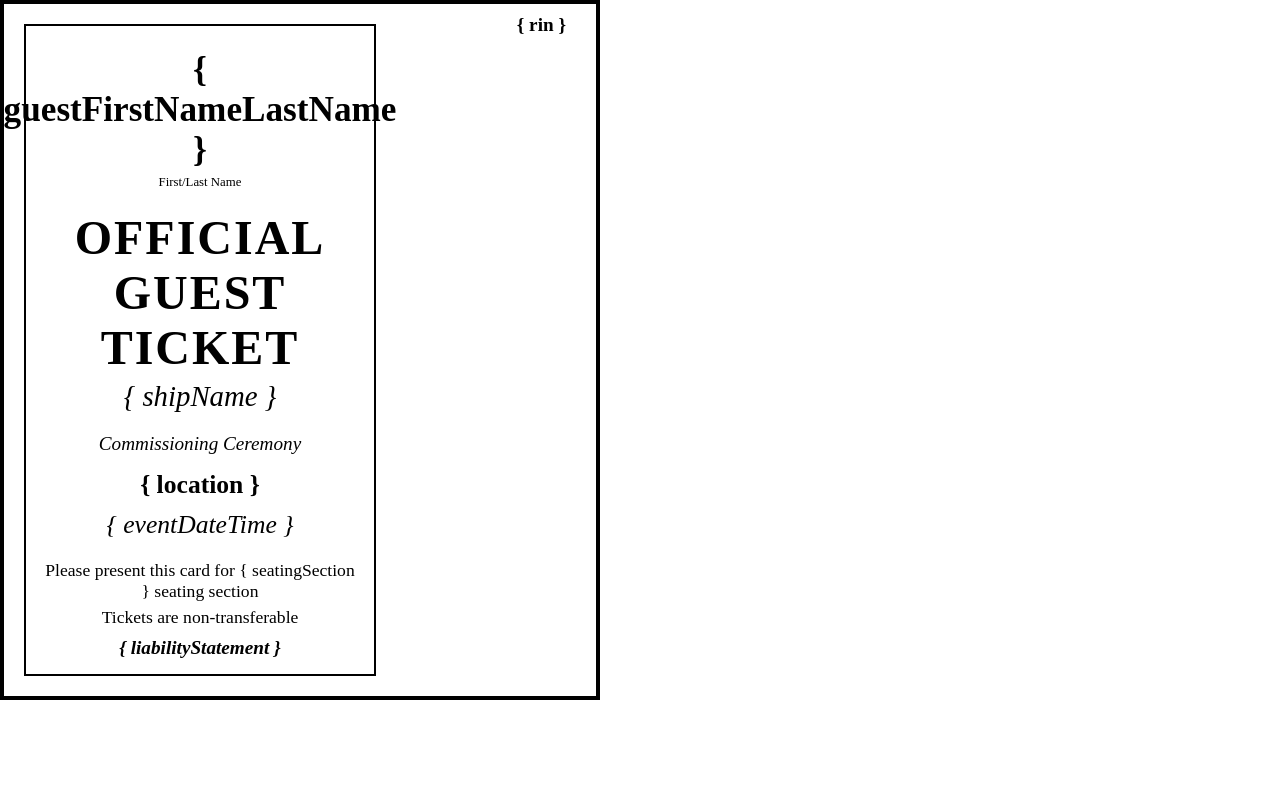
Repository: yaleevans/SabelWeasyPrintPDFLambda
Page: event_ticket_template.html
An editor plug-in stored every save of this project. The page is shown before and after the next save, followed by the edit.
The browser window is 1280 px wide. The pictures show the whole page.

Above is the page before, as saved 2025-10-17 10:56:37.

### event_ticket_template.html
<!DOCTYPE html>
<html>
<head>
    <title>Official Guest Ticket</title>
    <style>
        /* CRITICAL FIX 1: Set the PDF page size to PORTRAIT (400px wide x 700px tall) */
        @page {
            size: 600px 700px;
            margin: 0; /* Remove default page margins */
        }

        body {
            margin: 0;
            padding: 0;
            font-family: 'Times New Roman', Times, serif;
            background-color: white;
            /* Ensure body fills the @page area */
            width: 600px;
            height: 800px;
        }
        .ticket-container {
            /* This is the final visible ticket box, set to the full page size (600x800) */
            width: 600px;
            height: 700px;

            /* Outer Border (4px) and Padding (20px) consumption: 48px on both axes */
            border: 4px solid black;
            padding: 20px;

            margin: 0;

            text-align: center;
            color: black;
            box-sizing: border-box;
            position: relative;

            /* The inner content space for .inner-border is 352px wide x 652px high */
        }
        .inner-border {
            /* CRITICAL FIX 2: Set fixed pixel height/width to match the parent's content box
               (400 - 48 = 352 and 700 - 48 = 652) */
            width: 352px;
            height: 652px;

            border: 2px solid black;
            padding: 15px;
            box-sizing: border-box;

            display: flex;
            flex-direction: column;
            justify-content: space-between;
            align-items: center;
        }
        /* --- NEW CSS FOR OVERLAY --- */
        .ticket-number-overlay {
            /* Position relative to .ticket-container */
            position: absolute;
            top: 5px;
            right: 25px;
            padding: 5px;
            font-size: 1.2em;
            font-weight: bold;
            color: black;
            background-color: transparent;
            z-index: 10;
        }
        /* --- TEXT STYLING --- */
        .content {
            /* Ensure content takes up all available vertical space in the inner-border */
            flex-grow: 1;
            display: flex;
            flex-direction: column;
            justify-content: center;
            align-items: center;
            width: 100%;
        }

        /* Apply text styles and margins as before */
        .guest-name { font-size: 2.2em; font-weight: bold; margin-bottom: 5px; }
        .guest-name-label { font-size: 0.8em; margin-bottom: 20px; color: black; }
        .ticket-title { font-size: 3em; font-weight: bold; letter-spacing: 2px; margin-bottom: 5px; color: black; }
        .ship-name { font-size: 1.8em; font-style: italic; margin-bottom: 20px; color: black; }
        .commissioning-text { font-size: 1.2em; font-style: italic; margin-bottom: 15px; color: black; }
        .location { font-size: 1.6em; font-weight: bold; margin-bottom: 10px; }
        .datetime { font-size: 1.6em; font-style: italic; margin-bottom: 20px; }
        .instructions { font-size: 1.1em; margin-bottom: 5px; color: black; }
        .transfer-info { font-size: 1.1em; margin-bottom: 0px; color: black; }
        .waiver-text { font-size: 1.2em; font-style: italic; font-weight: bold; }
    </style>
</head>
<body>
    <div class="ticket-container">

        <div class="ticket-number-overlay">
            { rin }
        </div>

        <div class="inner-border" style="background-color: { background_color }">
            <div class="content">
                <div class="guest-name">{ guestFirstNameLastName }</div>
                <div class="guest-name-label">First/Last Name</div>

                <div class="ticket-title">OFFICIAL GUEST TICKET</div>
                <div class="ship-name">{ shipName }</div>

                <div class="commissioning-text">Commissioning Ceremony</div>

                <div class="location">{ location }</div>
                <div class="datetime">{ eventDateTime }</div>

                <div class="instructions">Please present this card for { seatingSection } seating section</div>
                <div class="transfer-info">Tickets are non-transferable</div>
            </div>
            <div class="waiver-text">
                { liabilityStatement }
            </div>
        </div>
    </div>
</body>
</html>

After the next save:
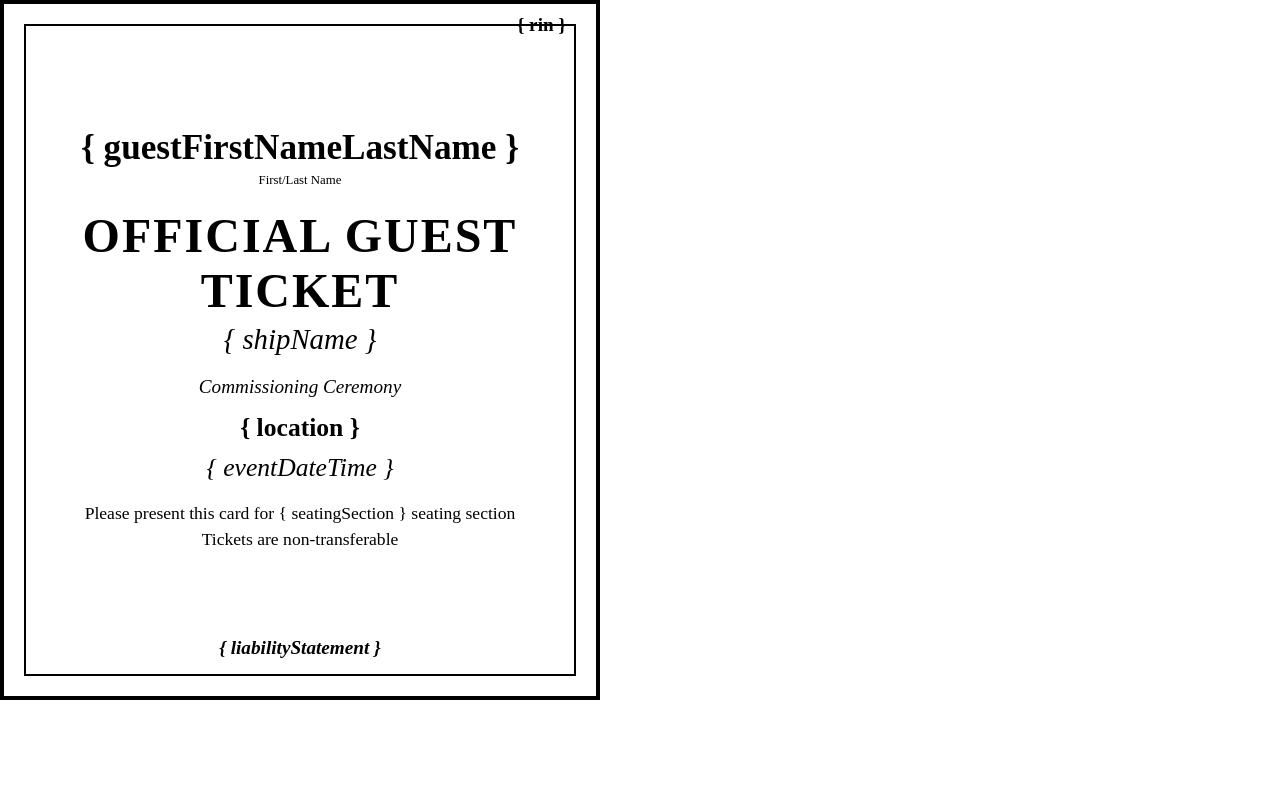
Saved 51 s later.
--- a/event_ticket_template.html
+++ b/event_ticket_template.html
@@ -39,7 +39,7 @@
         .inner-border {
             /* CRITICAL FIX 2: Set fixed pixel height/width to match the parent's content box
                (400 - 48 = 352 and 700 - 48 = 652) */
-            width: 352px;
+            width: 552px;
             height: 652px;
 
             border: 2px solid black;
